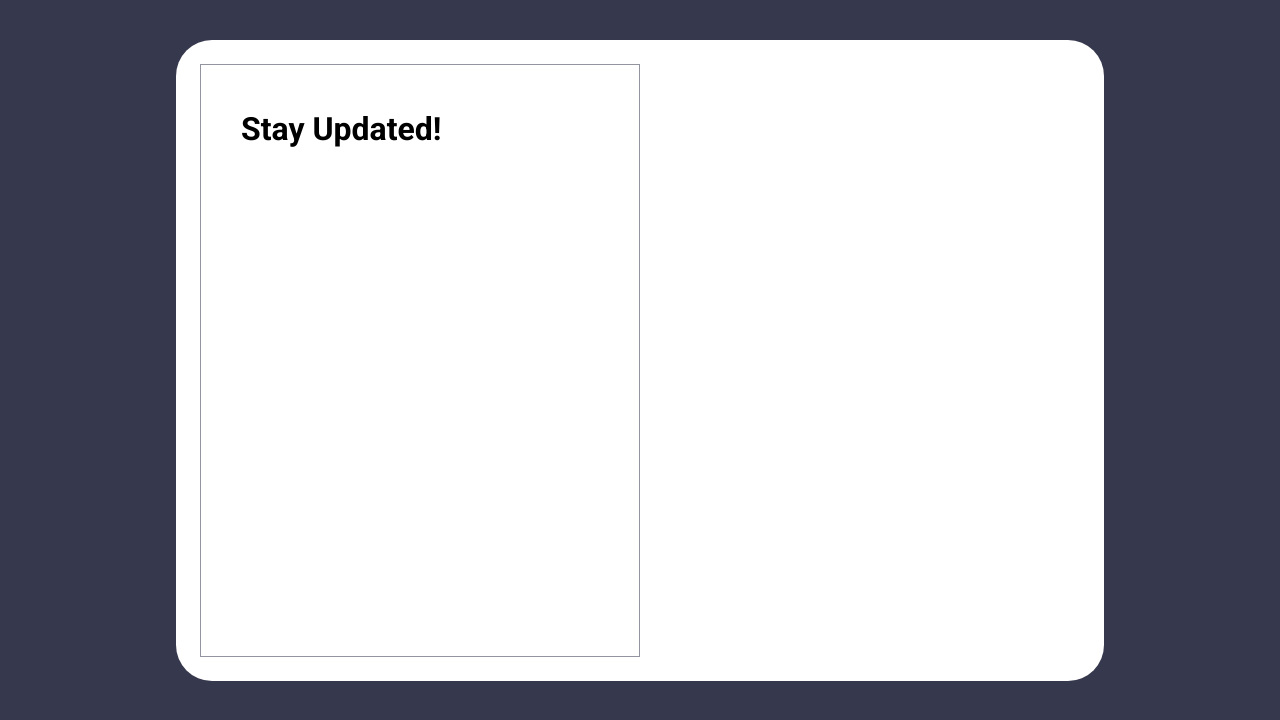
Repository: brandontaylor1/newsletter-signup
Page: index.html
The author's editor kept a copy of each file at every save. The page is drawn from the files as they stood at one save, then again after the next save.
The browser window is 1280 px wide. The pictures show the whole page.

Above is the page before, as saved 2025-01-19 19:59:05.

After the next save:
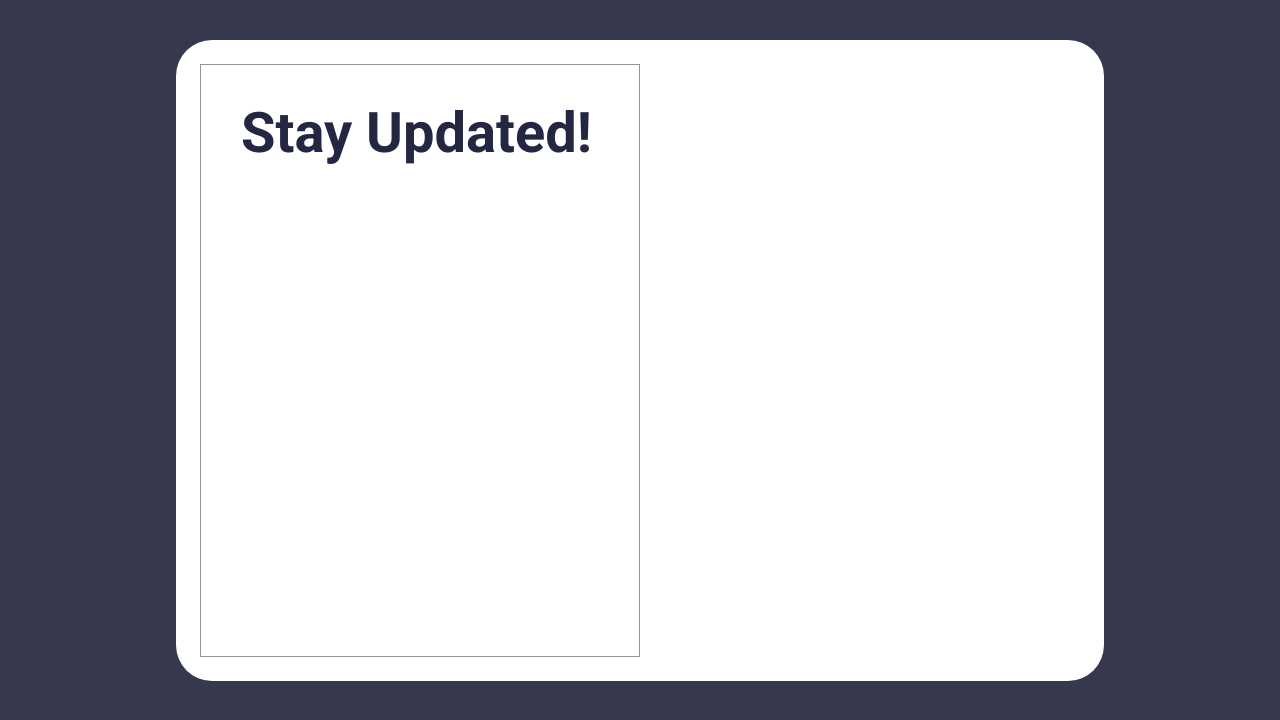
Saved 61 s later.
--- a/styles.css
+++ b/styles.css
@@ -48,3 +48,15 @@ body {
     padding: 40px;
     border: 1px solid var(--neutral-color-gray);
 }
+
+.card-content h1 {
+    color: var(--Dark-Navy, #242742);
+    font-feature-settings: 'liga' off, 'clig' off;
+
+    /* Heading */
+    font-family: Roboto;
+    font-size: 56px;
+    font-style: normal;
+    font-weight: 700;
+    line-height: 100%; /* 56px */
+}
